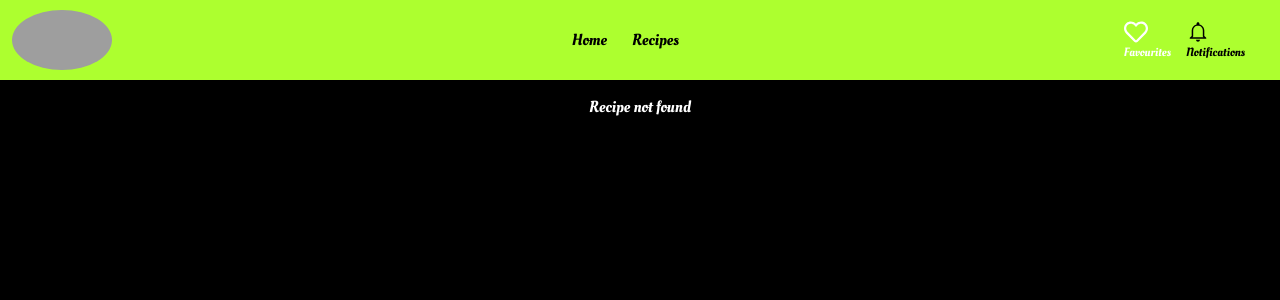
Repository: KaraboM20/foodify-app-project-by-MmakoKay
Page: /favourites
An editor plug-in stored every save of this project. The page is shown before and after the next save, followed by the edit.
The browser window is 1280 px wide. The pictures show the whole page.
Pictures or frames that could not be fetched are drawn as grey boxes. The page's requests for data from a server got no answer. The project was rebuilt for these pictures with package versions that can differ from the ones it lists, and the page was loaded fresh each time. No one was signed in, and anything a server would have sent is missing. Also part of the build but not shown: src/Pages/Home.css, src/Pages/RecipeLists.css, src/Pages/RecipeLists.js, src/components/Searchbox.css, src/components/Searchbox.js, src/Pages/Home.js, src/Pages/Favorites.css, src/Pages/Favorites.js and 5 more.

Above is the page before, as saved 2025-03-16 23:56:16.

After the next save:
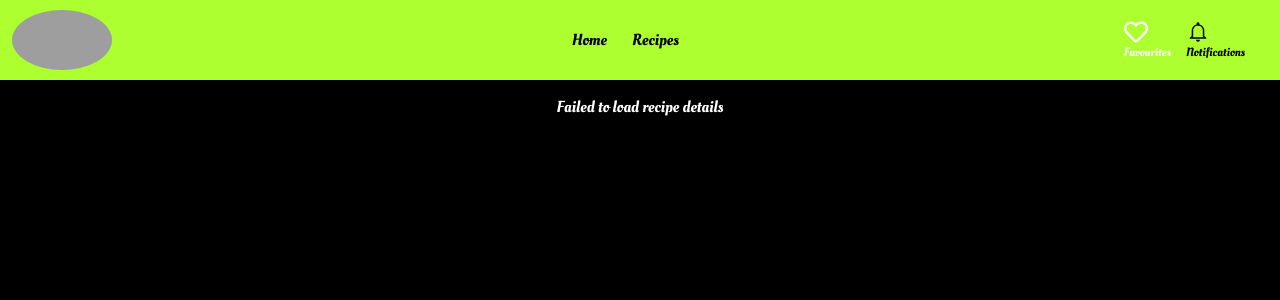
Saved 7 min 5 s later.
--- a/src/Pages/RecipeDetails.js
+++ b/src/Pages/RecipeDetails.js
@@ -1,6 +1,6 @@
 import React, { useEffect, useState } from 'react';
 import { useParams } from 'react-router-dom';
-import { fetchRecipeDetails } from '../api/recipeApi'; // Ensure this is the correct import
+import { fetchRecipeDetails } from '../api/recipeApi';
 import './RecipeDetails.css';
 
 const RecipeDetails = () => {
@@ -10,13 +10,18 @@
   const [error, setError] = useState(null);
 
   useEffect(() => {
-    const fetchDetails = async () => {
+    const fetchRecipeDetails = async () => {
       try {
         console.log("URL ID:", id);
-        const recipeDetail = await fetchRecipeDetails(id); // Fetch recipe details by ID
-        console.log("Fetched recipe details:", recipeDetail);
-        if (recipeDetail) {
-          setRecipe(recipeDetail);
+        const allRecipes = await fetchRecipes("");
+        console.log("Fetched recipes:", allRecipes);
+        const selectedRecipe = allRecipes.find((r) => {
+          console.log("Comparing:", r.id, "with", id);
+          return r.id === id;
+        });
+        console.log("Selected recipe:", selectedRecipe);
+        if (selectedRecipe) {
+          setRecipe(selectedRecipe);
         } else {
           setError("Recipe not found");
         }
@@ -28,7 +33,7 @@
       }
     };
 
-    fetchDetails();
+    fetchRecipeDetails();
   }, [id]); // Dependency array to re-run effect when 'id' changes
 
   if (loading) return <div>Loading...</div>;

After the save that followed:
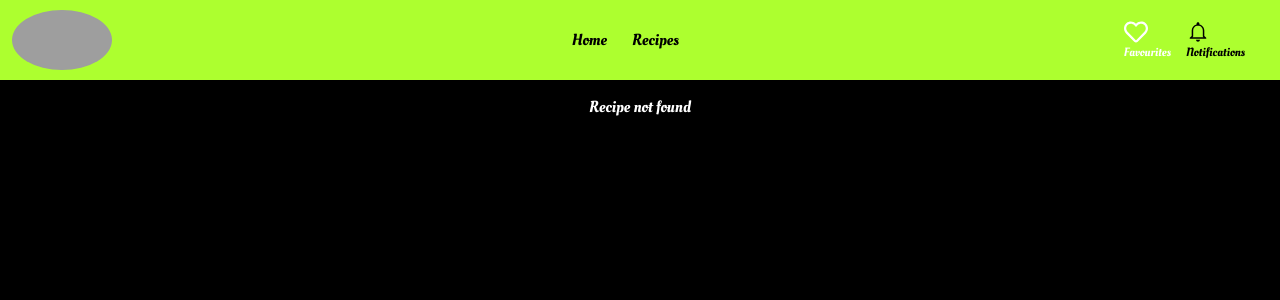
Saved 10 s later.
--- a/src/Pages/RecipeDetails.js
+++ b/src/Pages/RecipeDetails.js
@@ -1,6 +1,6 @@
 import React, { useEffect, useState } from 'react';
 import { useParams } from 'react-router-dom';
-import { fetchRecipeDetails } from '../api/recipeApi';
+import { fetchRecipes } from '../api/recipeApi';
 import './RecipeDetails.css';
 
 const RecipeDetails = () => {
@@ -29,7 +29,7 @@
         setError("Failed to load recipe details");
         console.error("Fetch error:", err);
       } finally {
-        setLoading(false);
+        setLoading(false); // Finish loading state
       }
     };
 
